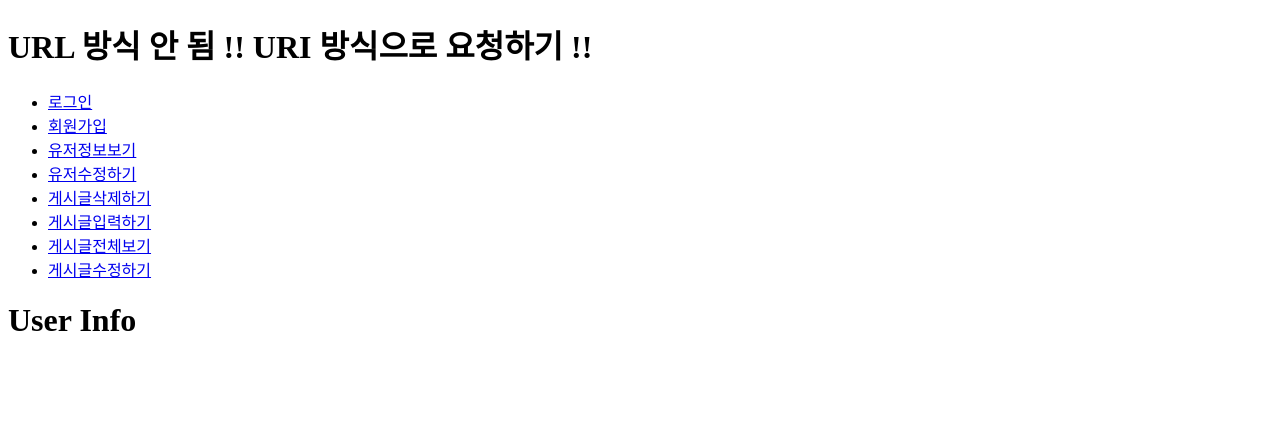
Repository: iron-ee/JSP
Page: http://localhost/hello/user/selectOne.jsp
The author's editor kept a copy of each file at every save. The page is drawn from the files as they stood at one save, then again after the next save.
The browser window is 1280 px wide. The pictures show the whole page.
The page is served by Tomcat 9. Other server files are loaded and not shown.

Above is the page before, as saved 2020-12-22 05:44:59.

### hello/WebContent/user/selectOne.jsp
<%@ page language="java" contentType="text/html; charset=UTF-8"
    pageEncoding="UTF-8"%>
<%@ include file = "../layout/header.jsp" %>
<h1>User Info</h1>
</body>
</html>

### hello/WebContent/layout/header.jsp
<%@ page language="java" contentType="text/html; charset=UTF-8"
    pageEncoding="UTF-8"%>

<%
	String contextPath = request.getContextPath();
%>

<!DOCTYPE html>
<html>
<head>
<meta charset="UTF-8">
<title>Insert title here</title>
</head>
<body>
<h1>URL 방식 안 됨 !! URI 방식으로 요청하기 !!</h1>
<ul>
	<li><a href="<%=contextPath %>/user?gubun=login">로그인</a></li>
	<li><a href="<%=contextPath %>/user?gubun=join">회원가입</a></li>
	<li><a href="<%=contextPath %>/user?gubun=selectOne">유저정보보기</a></li>
	<li><a href="<%=contextPath %>/user?gubun=updateOne">유저수정하기</a></li>
	<li><a href="<%=contextPath %>/board?gubun=deleteOne">게시글삭제하기</a></li>
	<li><a href="<%=contextPath %>/board?gubun=insertOne">게시글입력하기</a></li>
	<li><a href="<%=contextPath %>/board?gubun=selectAll">게시글전체보기</a></li>
	<li><a href="<%=contextPath %>/board?gubun=updateOne">게시글수정하기</a></li>
</ul>

After the next save:
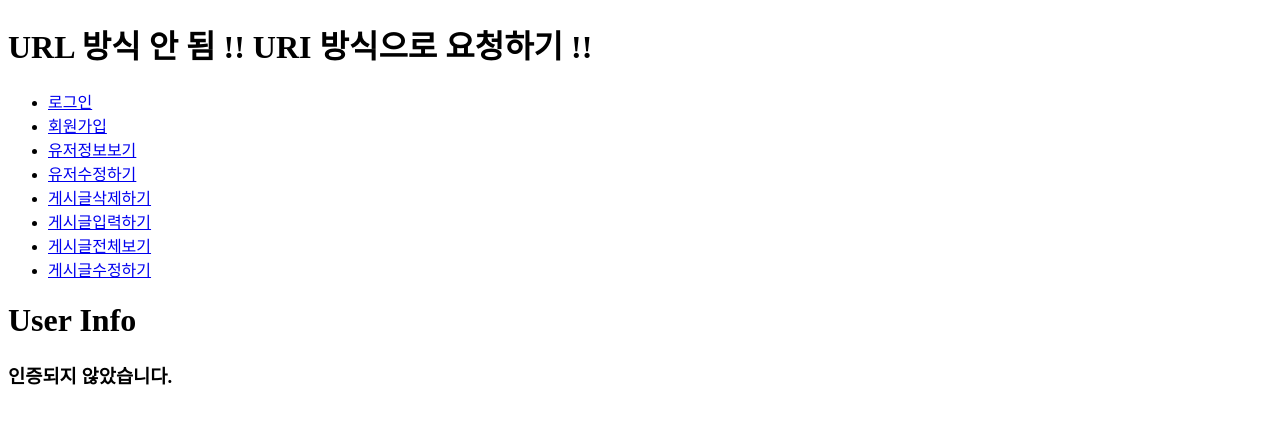
Saved 19 h 57 min later.
--- a/hello/WebContent/user/selectOne.jsp
+++ b/hello/WebContent/user/selectOne.jsp
@@ -1,6 +1,17 @@
+<%@page import="com.cos.hello.model.Users"%>
 <%@ page language="java" contentType="text/html; charset=UTF-8"
     pageEncoding="UTF-8"%>
 <%@ include file = "../layout/header.jsp" %>
 <h1>User Info</h1>
+<%
+	Users user = (Users)session.getAttribute("sessionUser");
+	if(user == null){
+%>
+	<h3>인증되지 않았습니다.</h3>
+<%
+	}else{
+%>
+	<h3>인증되었습니다.</h3>
+<% } %>
 </body>
 </html>
